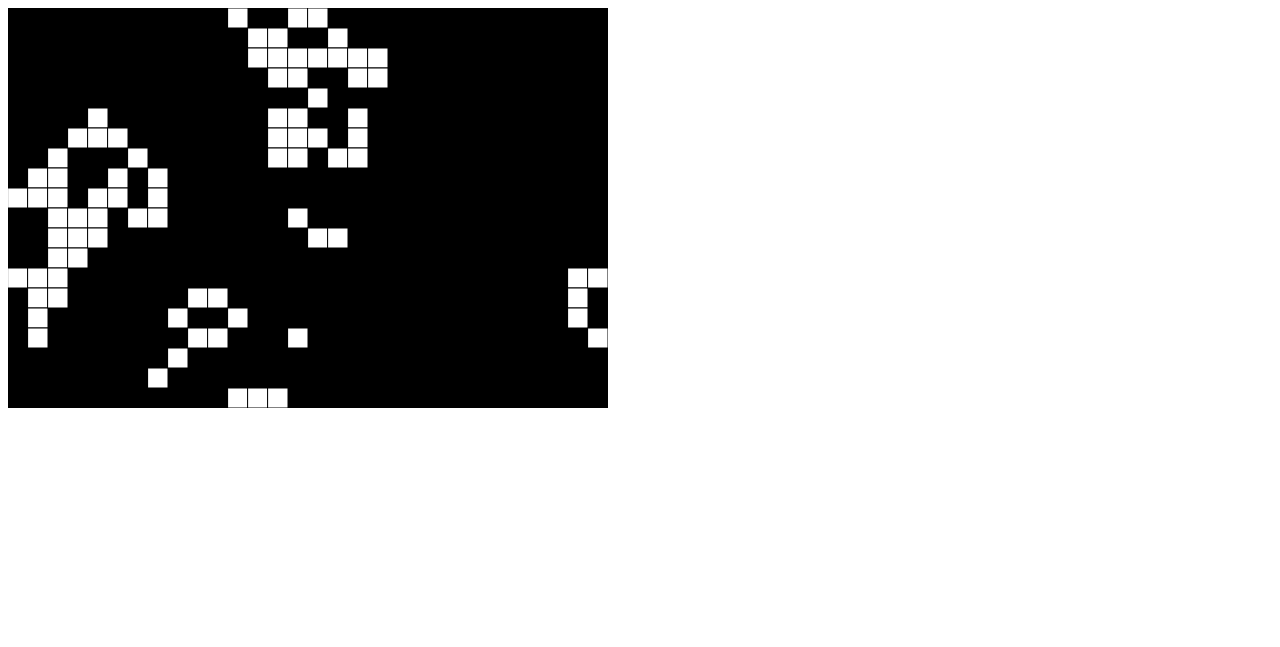
Repository: simenihlen/Game-of-Life
Page: index.html
These files come from the project's save history. The page is drawn as it stood at one moment and after the next save; the edit follows.
The browser window is 1280 px wide. The pictures show the whole page.

Above is the page before, as saved 2025-09-05 16:59:03.

### index.html
<!DOCTYPE html>
<html>
  <head>
    <meta charset="utf-8">
    <title>p5.js Grid Example</title>
    <script src="https://cdn.jsdelivr.net/npm/p5@1.9.0/lib/p5.min.js"></script>
    <script src="sketch.js"></script>
  </head>
  <body>
  </body>
</html>

### sketch.js
function make2DArray(cols, rows) {
    let arr = new Array(cols);
    for (let i = 0; i < arr.length; i++) {
        arr[i] = new Array(rows);
    }
    return arr;
}
let grid;
let cols;
let rows;
let resolution = 20;

function setup() {
    createCanvas(600, 400);
    cols = width / resolution;
    rows = height / resolution;

    grid = make2DArray(cols, rows);
    for (let i = 0; i < cols; i++) {
        for (let j = 0; j < rows; j++) {
            grid[i][j] = floor(random(2));
        }
    }
}

function draw() {
    background(0);

    for (let i = 0; i < cols; i++) {
        for (let j = 0; j < rows; j++) {
            let x = i * resolution;
            let y = j * resolution;
            if (grid[i][j] == 1) {
                fill(255);
                stroke(0);
                rect(x, y, resolution, resolution);
            }
        }
    }

    let next = make2DArray(cols, rows);

    for (let i = 0; i < cols; i++) {
        for (let j = 0; j < rows; j++) {
            let state = grid[i][j];

            let sum = 0;
            let neighbors = countNeighbors(grid, i, j);

            // Rules
            if (state == 0 && neighbors == 3) {
                next[i][j] = 1;
            } else if (state == 1 && (neighbors < 2 || neighbors > 3)) {
                next[i][j] = 0
            } else {
                next[i][j] = state;
            }

            // // Cursed way
            // sum += grid[i - 1][j - 1];
            // sum += grid[i][j - 1];
            // sum += grid[i + 1][j - 1];
            // sum += grid[i + 1][j];
            // sum += grid[i + 1][j + 1];
            // sum += grid[i][j + 1];
            // sum += grid[i - 1][j + 1];
            // sum += grid[i - 1][j];
        }
    }

    grid = next;
}

function countNeighbors(grid, x, y) {
    let sum = 0;
    for (let i = -1; i < 2; i++) {
        for (let j = -1; j < 2; j++) {

            let col = (x + i + cols) % cols;
            let row = (y + j + rows) % rows;

            sum += grid[col][row];
        }
    }
    sum -= grid[x][y];
    return sum;
}

After the next save:
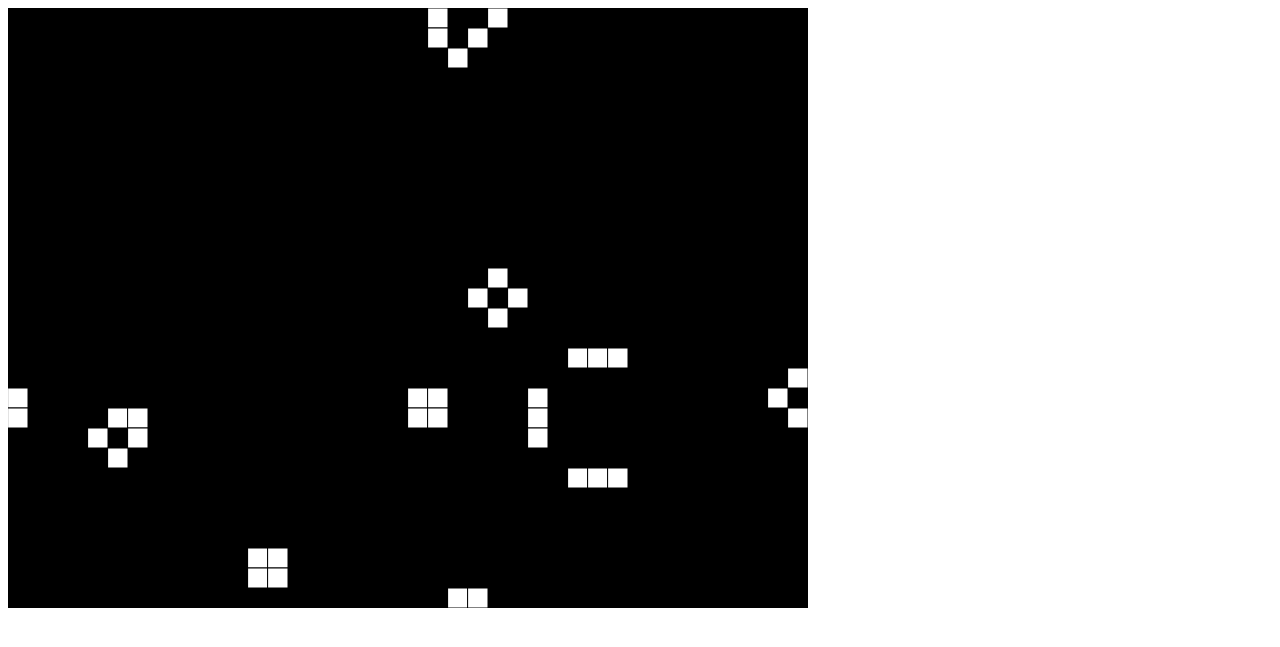
Saved 31 s later.
--- a/sketch.js
+++ b/sketch.js
@@ -11,7 +11,7 @@
 let resolution = 20;
 
 function setup() {
-    createCanvas(600, 400);
+    createCanvas(800, 600);
     cols = width / resolution;
     rows = height / resolution;
 
